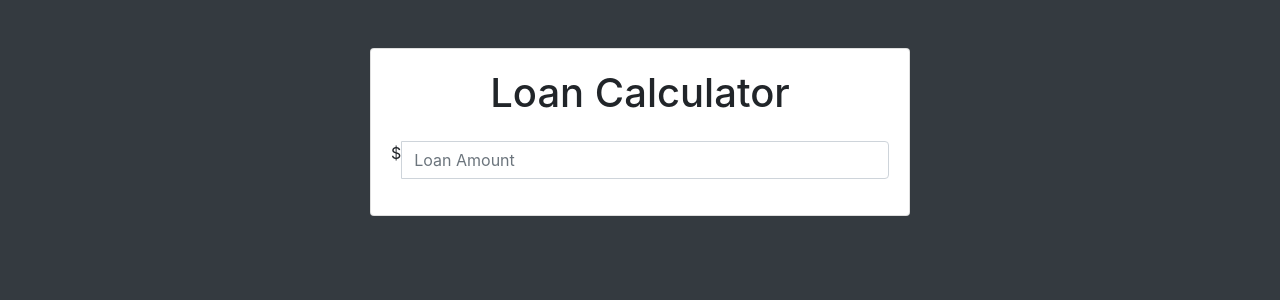
Repository: varun-project/LearningJs
Page: index.html
These files come from the project's save history. The page is drawn as it stood at one moment and after the next save; the edit follows.
The browser window is 1280 px wide. The pictures show the whole page.

Above is the page before, as saved 2019-07-28 16:35:46.

### index.html
<!doctype html>
<html lang="en">
  <head>
    <!-- Required meta tags -->
    <meta charset="utf-8">
    <meta name="viewport" content="width=device-width, initial-scale=1, shrink-to-fit=no">

    <!-- Bootstrap CSS -->
    <link rel="stylesheet" href="https://stackpath.bootstrapcdn.com/bootstrap/4.3.1/css/bootstrap.min.css" integrity="sha384-ggOyR0iXCbMQv3Xipma34MD+dH/1fQ784/j6cY/iJTQUOhcWr7x9JvoRxT2MZw1T" crossorigin="anonymous">

    <title>Hello, world!</title>
  </head>
  <body class="bg-dark">
    <div class="container">
        <div class="row">
          <div class="col-md-6 mx-auto">

             <div class="card card-body text-center mt-5">

              <h1 class="heading display-5 pb-3">Loan Calculator</h1>
               <form id="loan-form">
<div class="form-group">
  <div class="input-group">

    <span class="input-group-addon">$</span>
    <input type="number" class="form-control" id="amount" placeholder="Loan Amount">
  </div>
</div>


               </form>

            </div>

           </div>


        </div>

    </div>


    <!-- Optional JavaScript -->
    <!-- jQuery first, then Popper.js, then Bootstrap JS -->
    <script src="https://code.jquery.com/jquery-3.3.1.slim.min.js" integrity="sha384-q8i/X+965DzO0rT7abK41JStQIAqVgRVzpbzo5smXKp4YfRvH+8abtTE1Pi6jizo" crossorigin="anonymous"></script>
    <script src="https://cdnjs.cloudflare.com/ajax/libs/popper.js/1.14.7/umd/popper.min.js" integrity="sha384-UO2eT0CpHqdSJQ6hJty5KVphtPhzWj9WO1clHTMGa3JDZwrnQq4sF86dIHNDz0W1" crossorigin="anonymous"></script>
    <script src="https://stackpath.bootstrapcdn.com/bootstrap/4.3.1/js/bootstrap.min.js" integrity="sha384-JjSmVgyd0p3pXB1rRibZUAYoIIy6OrQ6VrjIEaFf/nJGzIxFDsf4x0xIM+B07jRM" crossorigin="anonymous"></script>
  </body>
</html>

After the next save:
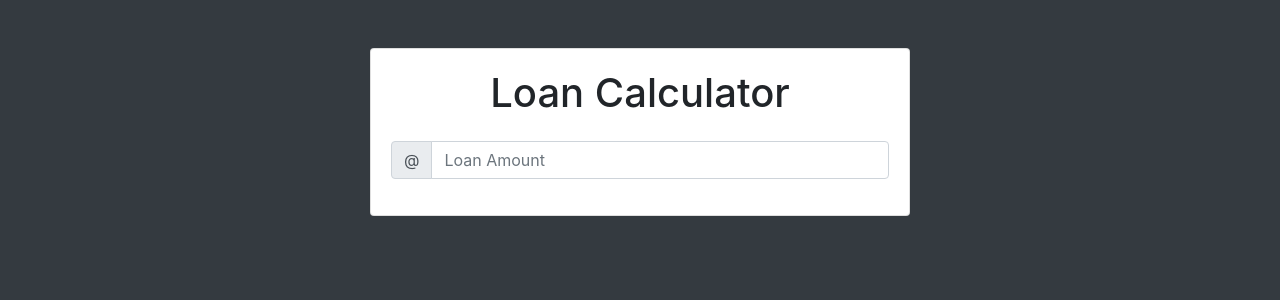
Saved 3 min 53 s later.
--- a/index.html
+++ b/index.html
@@ -22,7 +22,9 @@
 <div class="form-group">
   <div class="input-group">
 
-    <span class="input-group-addon">$</span>
+      <div class="input-group-prepend">
+          <div class="input-group-text">@</div>
+        </div>
     <input type="number" class="form-control" id="amount" placeholder="Loan Amount">
   </div>
 </div>
